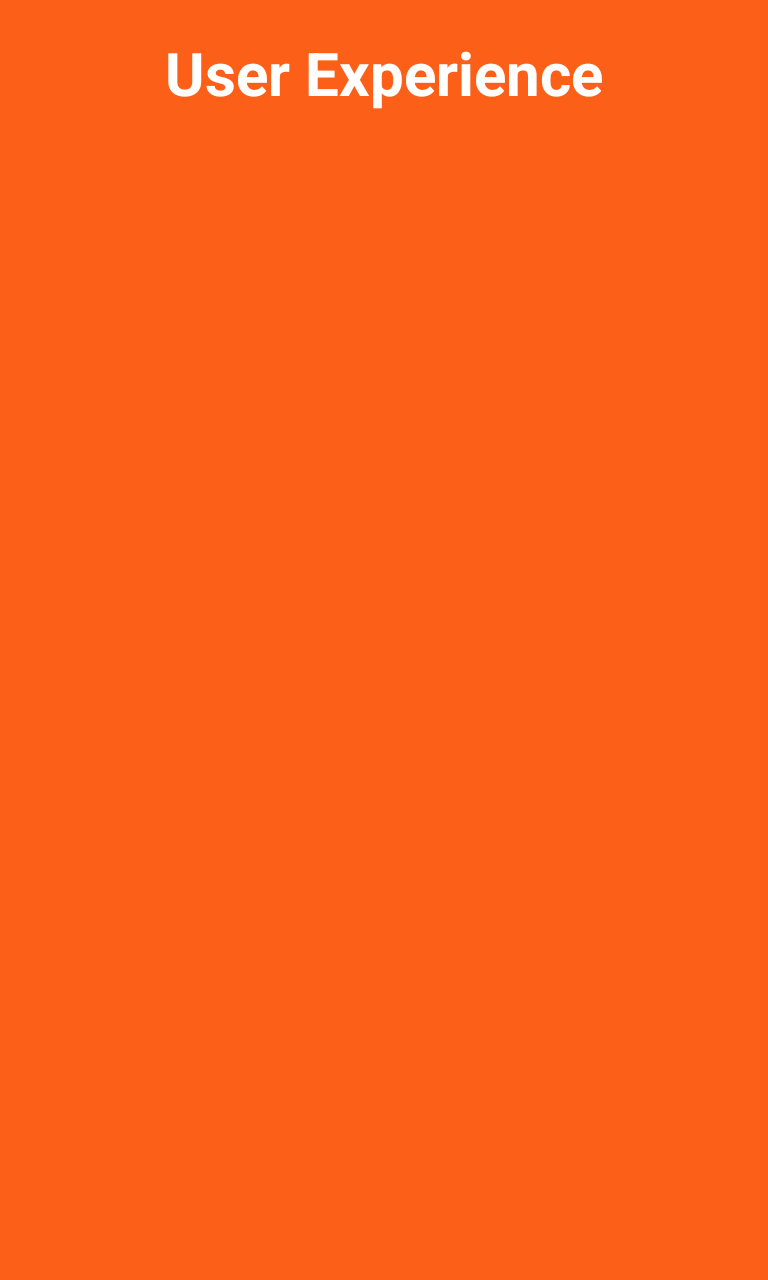
Repository: MushfiqurRahman/BLink3gApp
Layout: 3gExperience/res/layout/activity_survey.xml
These files come from the project's save history. The layout is drawn as it stood at one moment and after the next save; the edit follows.
It is drawn on a 768 x 1280 px phone screen (xhdpi) without system bars, with theme AppTheme; the app's code is not run.

Above is the layout before, as saved 2014-05-21 13:44:41.

After the next save:
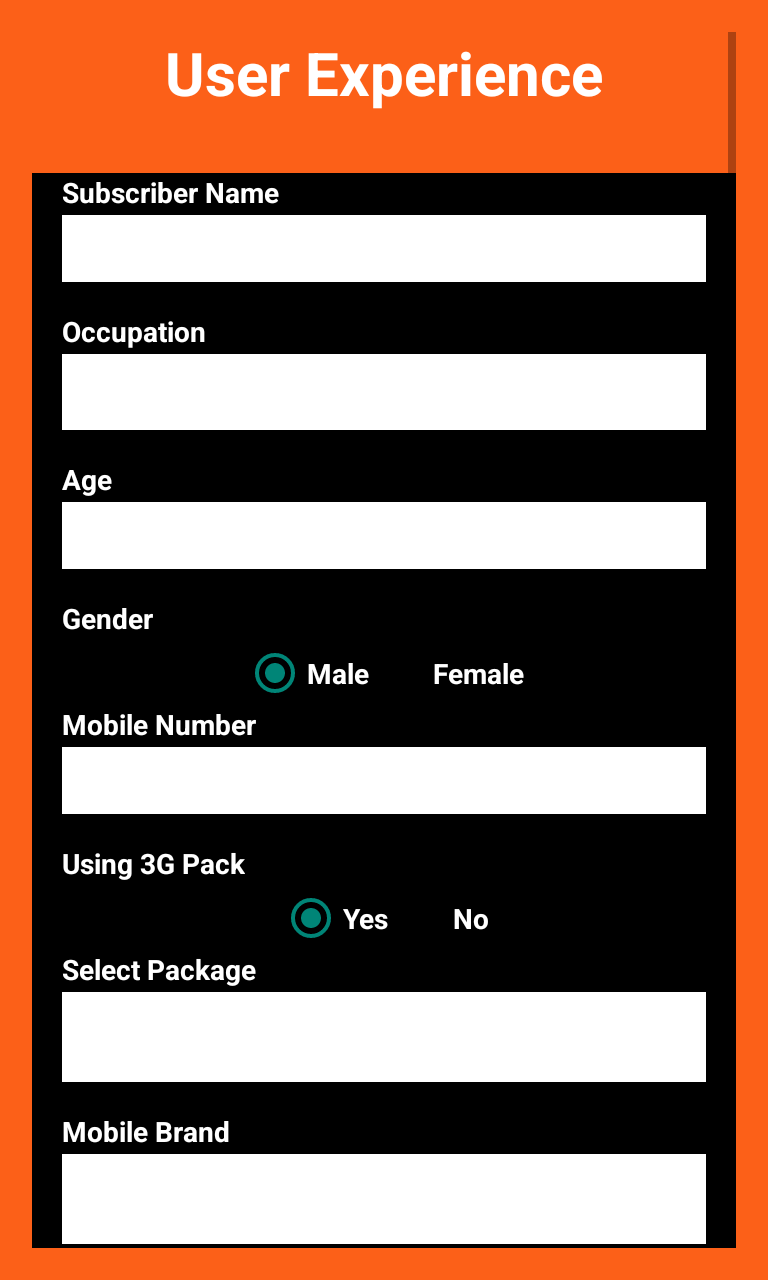
Saved 20 s later.
--- a/3gExperience/res/layout/activity_survey.xml
+++ b/3gExperience/res/layout/activity_survey.xml
@@ -13,7 +13,8 @@
 
     <LinearLayout
         android:layout_width="match_parent"
-    android:layout_height="match_parent">
+    android:layout_height="match_parent"
+    android:orientation="vertical">
 
     <RelativeLayout
         android:id="@+id/topMain"
